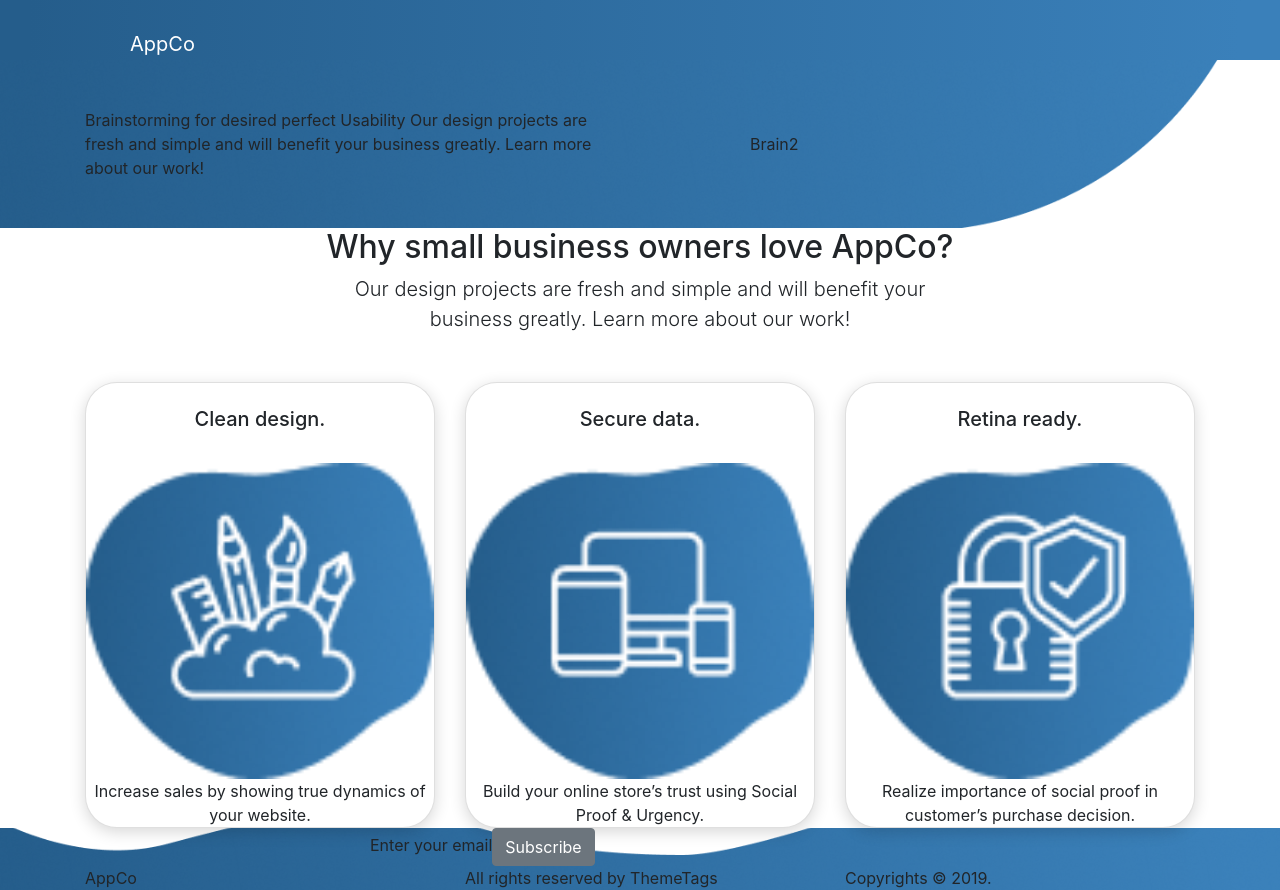
Repository: andbilous/user-statistics-app
Page: /
An editor plug-in stored every save of this project. The page is shown before and after a run of saves, followed by the edit.
The browser window is 1280 px wide. The pictures show the whole page.
The project was rebuilt for these pictures with package versions that can differ from the ones it lists, and the page was loaded fresh each time.

Above is the page before, as saved 2020-06-19 17:06:56.

### src/App.js
import React from 'react';
import Main from './pages/Main';
import './App.scss';

function App() {
  return (
    <div className="App">
      <Main/>
    </div>
  );
}

export default App;

### src/pages/Main.jsx
import React from "react";
import Header from "../components/Header";
import Brainstorming from "../components/brainstorming";
import Reasons from "../components/reasons";
import Footer from '../components/footer';

const Main = () => {
  return (
    <>
      <Header />
      <Brainstorming />
      <Reasons />
      <Footer />
    </>
  );
};

export default Main;

### src/App.scss
body {
  font-family: Montserrat;
  font-style: normal;
  font-weight: normal;
}
img {
  position: relative;
  display: block;
  width: 100%;
}

### src/components/Header/index.js
import React from 'react';
import './header.scss';
import { Container, Row, Col } from 'reactstrap';


const Header = () => {
    return (
      <header className='header bg-image'>
      <Container>
          <div className='navbar-brand'>
          AppCo
            </div>
      </Container>
      </header>
    )
};

export default Header;

### src/components/brainstorming/index.js
import React from 'react';
import { Container, Row, Col } from 'reactstrap';
import'./brainstorming.scss';


const Brainstorming = () => {
    return (
      <section className='brainstorming pt-100 bg-image'>
      <Container>
          <Row className="row align-items-center justify-content-between py-5">
            <Col className="col-md-7 col-lg-6">
              Brainstorming for desired perfect Usability
              Our design projects are fresh and simple and will benefit your business greatly. Learn more about our work!
              </Col>
            <Col className="col-md-5 col-lg-5">Brain2</Col>
          </Row>
      </Container>
      </section>
    )
};

export default Brainstorming;

### src/components/reasons/index.js
import React from 'react';
import './reasons.scss';
import { Container, Row, Col,Card } from 'reactstrap';


const Reasons = () => {
    return (
      <section className='reasons'>
      <Container>
          <Row className="justify-content-center">
          <Col className="col-lg-7 col-md-8">
            <div className='section-heading text-center mb-5'>
              <h2>Why small business owners love AppCo?</h2>
              <p className='lead'>
              Our design projects are fresh and simple and will benefit your business greatly. Learn more about our work!
              </p>
            </div>
          </Col>
          </Row>
          <Row className="justify-content-center">
            <Col className='col-lg-4 col-md'>
              <Card className='text-center card-block'>
                <div className='pt-4'>
                  <h5>Clean design.</h5>
                </div>
                <div className='reasons-img mt-4'>
                <img alt='13' src='../../img/1.png'/>
                </div>
                Increase sales by showing true dynamics of your website.
              </Card>
            </Col>
            <Col className='col-lg-4 col-md'>
            <Card className='text-center card-block'>
            <div className='pt-4'>
                  <h5>Secure data.</h5>
                </div>
                <div className='reasons-img mt-4'>
                <img alt='13' src='../../img/2.png'/>
                </div>

                Build your online store’s trust using Social Proof & Urgency.
              </Card>
            </Col>
            <Col className='col-lg-4 col-md'>
            <Card className='text-center card-block'>
            <div className='pt-4'>
                  <h5>Retina ready.</h5>
                </div>
                <div className='reasons-img mt-4'>
                <img alt='13' src='../../img/3.png'/>
                </div>
                Realize importance of social proof in customer’s purchase decision.
              </Card>
            </Col>
          </Row>

      </Container>
      </section>
    )
};

export default Reasons;

### src/components/footer/index.js
import React from 'react';
import { Container, Row, Col,Button } from 'reactstrap';
import'./footer.scss';


const Footer = () => {
    return (
      <footer className='footer'>
        <Container>
          <Row className='justify-content-center'>
            <Col md='6'>
              <div>
                Enter your email
                <Button>Subscribe</Button>
              </div>
            </Col>
          </Row>
          <Row className='justify-content-between'>
            <Col className='col-md' lg='4'>
            AppCo
            </Col>
            <Col className='col-md' lg='4'>
            All rights reserved by ThemeTags
              </Col>
              <Col className='col-md' lg='4'>
              Copyrights © 2019.
              </Col>
          </Row>
        </Container>
      </footer>
    )
};

export default Footer;

### src/components/Header/header.scss
.header{
  width: 100%;
  height: 60px;
  background: linear-gradient(92.09deg, #255D8B 2.29%, #3A80BA 96.79%);
}

.navbar-brand {
  color: #fff;
  font-size: 40px;
  line-height: 49px;
  position: absolute;
  width: 136px;
  height: 49px;
  left: 130px;
  top: 24px;
}

### src/components/brainstorming/brainstorming.scss
.brainstorming{
  background-image: url(../../img/bg.png);
  background-repeat: no-repeat;
  background-position: center center;
  background-size: cover;
}

.bg-image{
  position: relative;
  width: 100%;
  display: block;
}

### src/components/reasons/reasons.scss
.card-block{
  background: #FFFFFF;
  box-shadow: 0px 4px 16px rgba(0, 0, 0, 0.16);
  border-radius: 32px !important;
}

### src/components/footer/footer.scss
.footer{
  background-image: url(../../img/footer-bg.png);
  background-repeat: no-repeat;
  background-position: center center;
  background-size: cover;
}

Loaded but not shown: public/index.html (common file); src/index.js (common file); src/serviceWorker.js (common file)

After the next 3 saves:
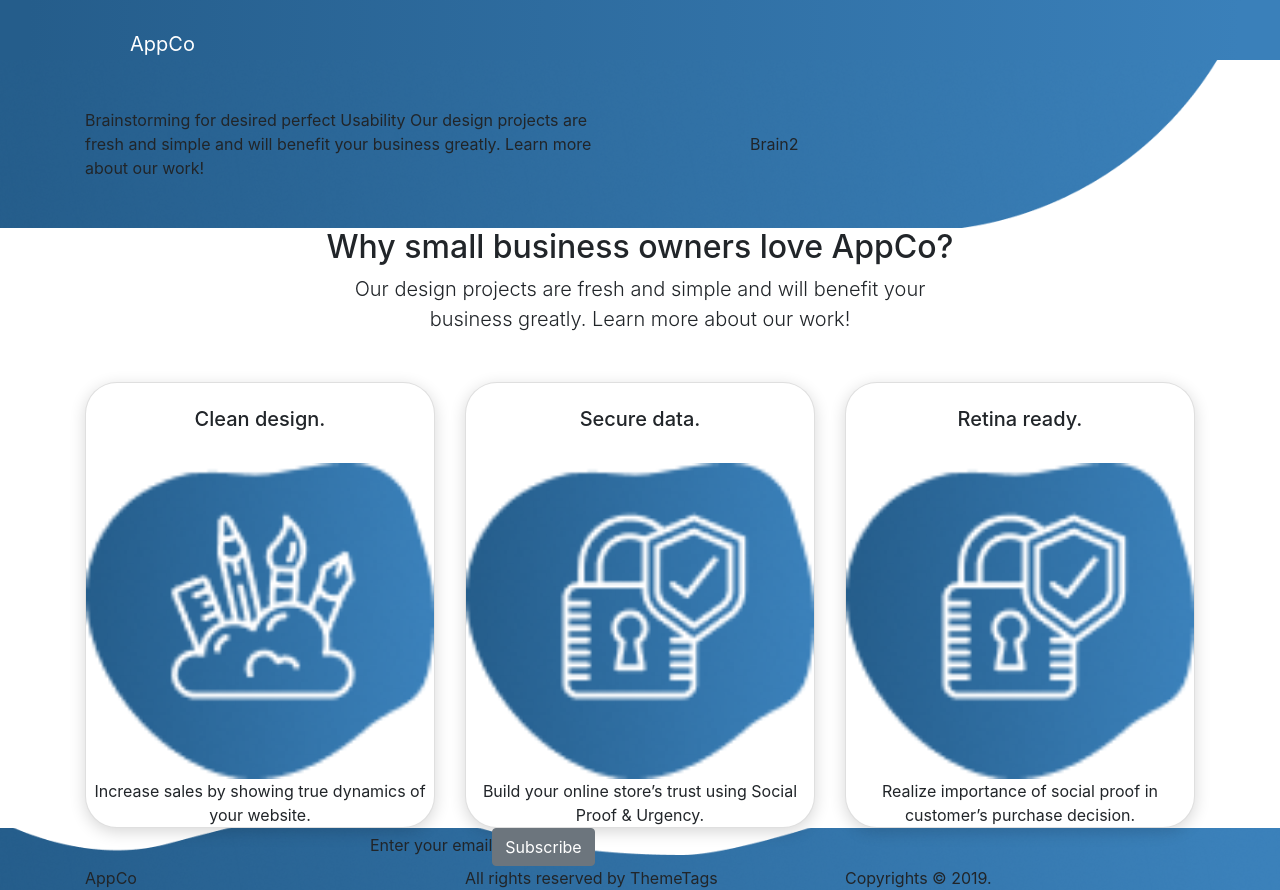
The 3 saves are shown as one change because they came seconds apart.
The last was saved 3 h 56 min later.
--- a/src/components/reasons/index.js
+++ b/src/components/reasons/index.js
@@ -35,7 +35,7 @@ const Reasons = () => {
                   <h5>Secure data.</h5>
                 </div>
                 <div className='reasons-img mt-4'>
-                <img alt='13' src='../../img/2.png'/>
+                <img alt='13' src='./3.png'/>
                 </div>
 
                 Build your online store’s trust using Social Proof & Urgency.
